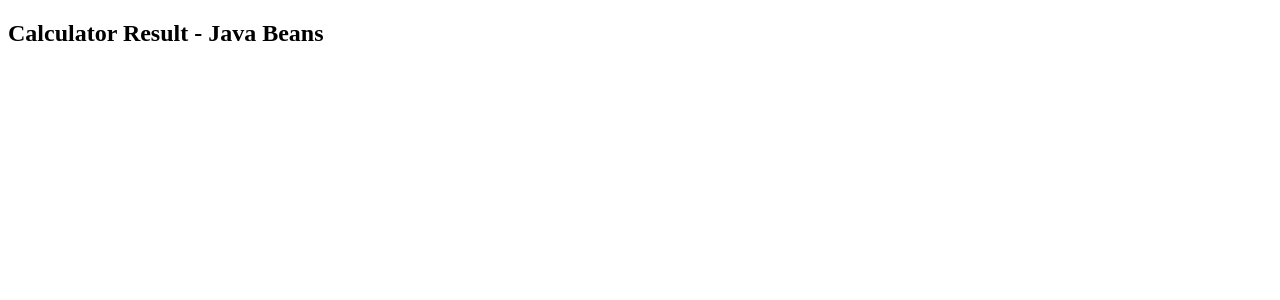
Repository: KD3-86679-Shraddha-Jadhav/AdvancesJava
Page: http://localhost/VotingAppusingJSPandJavaBeans/register.jsp
These files come from the project's save history. The page is drawn as it stood at one moment and after the next save; the edit follows.
The browser window is 1280 px wide. The pictures show the whole page.
The page is served by Tomcat 9. Other server files are loaded and not shown.

Above is the page before, as saved 2024-12-05 14:13:55.

### Assign04/VotingAppusingJSPandJavaBeans/src/main/webapp/register.jsp
<%@ page language="java" contentType="text/html; charset=ISO-8859-1"
    pageEncoding="ISO-8859-1"%>
<!DOCTYPE html>
<html>
<head>
<meta charset="ISO-8859-1">
<title>Registeration bean</title>
</head>
<body>
  <h2>Calculator Result - Java Beans</h2>
	<div>
		<%-- create bean object --%>
		<jsp:useBean id="cb1" class="com.sunbeam.RegisterationBean"/>
		<%-- set bean field values from req parameters --%>
		<jsp:setProperty name="cb1" property="firstname" param="fname" />
		<jsp:setProperty name="cb1" property="lastname" param="lname" />
		<jsp:setProperty name="cb1" property="email" param="email" />
		<jsp:setProperty name="cb1" property="passwd" param="passwd" />
		<jsp:setProperty name="cb1" property="dob" param="dob" />
		<%-- call business logic --%>


	</div>

</body>
</html>

### Assign04/VotingAppusingJSPandJavaBeans/src/main/java/com/sunbeam/RegisterationBean.java
package com.sunbeam;


import java.sql.Date;

import com.sunbeam.daos.UserDao;
import com.sunbeam.daos.UserDaoImpl;
import com.sunbeam.entities.Candidate;
import com.sunbeam.entities.User;

public class RegisterationBean {
  private String firstname;
  private String lastname;
  private String email;
  private String passwd;
  private String dob;
  private int status;
public RegisterationBean() {

}
public String getFirstname() {
	return firstname;
}
public void setFirstname(String firstname) {
	this.firstname = firstname;
}
public String getLastname() {
	return lastname;
}
public void setLastname(String lastname) {
	this.lastname = lastname;
}
public String getEmail() {
	return email;
}
public void setEmail(String email) {
	this.email = email;
}
public String getPasswd() {
	return passwd;
}
public void setPasswd(String passwd) {
	this.passwd = passwd;
}
public String getDob() {
	return dob;
}
public void setDob(String dob) {
	this.dob = dob;
}
public int getStatus() {
	return status;
}
public void setStatus(int status) {
	this.status = status;
}


public void Register() {
	try (UserDao userDao = new UserDaoImpl()) {
		User u= new User();
		Date s= Date.valueOf(dob);

		int count = userDao.save(u);
		String msg = "User Registered" + count;

	} catch (Exception e) {
		e.printStackTrace();
	}
}


}

### Assign04/VotingAppusingJSPandJavaBeans/src/main/java/com/sunbeam/daos/UserDao.java
/**
 * Course: Advanced Computing (DAC) @ Sunbeam Infotech
 * Author: Nilesh Ghule <nilesh@sunbeaminfo.com>
 * Date: Nov 5, 2024
 */

package com.sunbeam.daos;

import java.util.List;

import com.sunbeam.entities.User;

public interface UserDao extends AutoCloseable {
	List<User> findAll() throws Exception;
	User findById(int id) throws Exception;
	User findByEmail(String email) throws Exception;
	int save(User u) throws Exception;
}

After the next save:
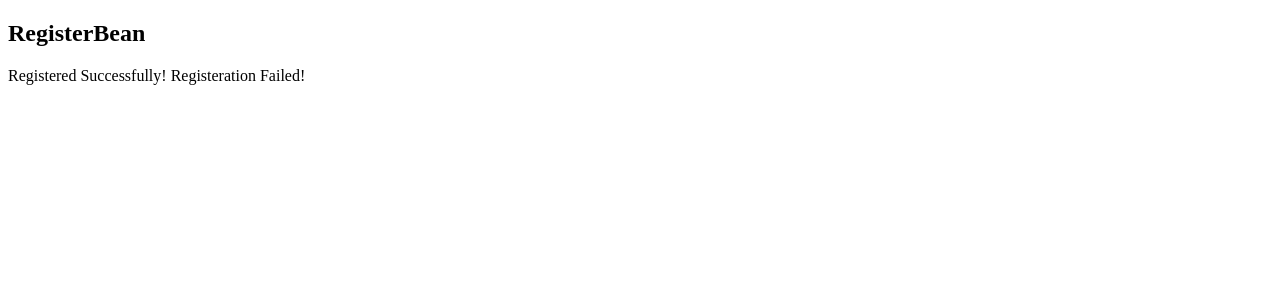
Saved 46 s later.
--- a/Assign04/VotingAppusingJSPandJavaBeans/src/main/webapp/register.jsp
+++ b/Assign04/VotingAppusingJSPandJavaBeans/src/main/webapp/register.jsp
@@ -7,7 +7,8 @@
 <title>Registeration bean</title>
 </head>
 <body>
-  <h2>Calculator Result - Java Beans</h2>
+  <h2>RegisterBean
+  </h2>
 	<div>
 		<%-- create bean object --%>
 		<jsp:useBean id="cb1" class="com.sunbeam.RegisterationBean"/>
@@ -19,6 +20,21 @@
 		<jsp:setProperty name="cb1" property="dob" param="dob" />
 		<%-- call business logic --%>
 
+		<%-- add a veriable in given scope --%>
+        <c:if test="${count == null}">
+          <c:set var="count" value="0" scope="session"/>
+             </c:if>
+
+	<%-- choose-when statement to implement if-else ladder --%>
+	<c:choose>
+		<c:when test="${count == 1}">
+			Registered Successfully!
+		</c:when>
+		<c:otherwise>
+			Registeration Failed!
+		</c:otherwise>
+	</c:choose>
+
 
 	</div>
 
